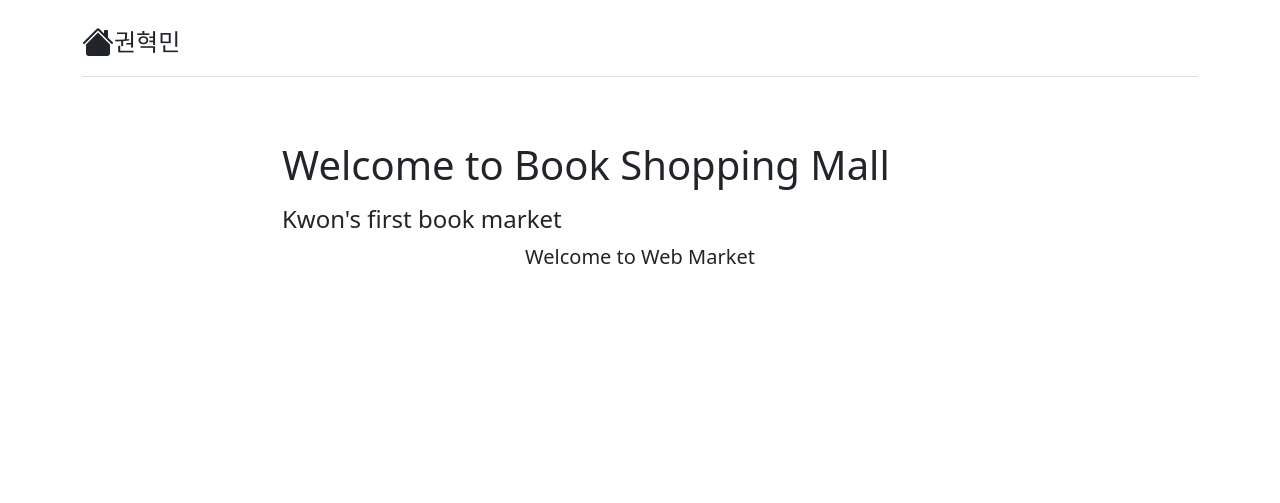
Repository: minn0701/JSP-Webbprogramming
Page: http://localhost/BookMarket/Welcome.jsp
The author's editor kept a copy of each file at every save. The page is drawn from the files as they stood at one save, then again after the next save.
The browser window is 1280 px wide. The pictures show the whole page.
The page is served by Tomcat 9.

Above is the page before, as saved 2024-03-20 13:21:59.

After the next save:
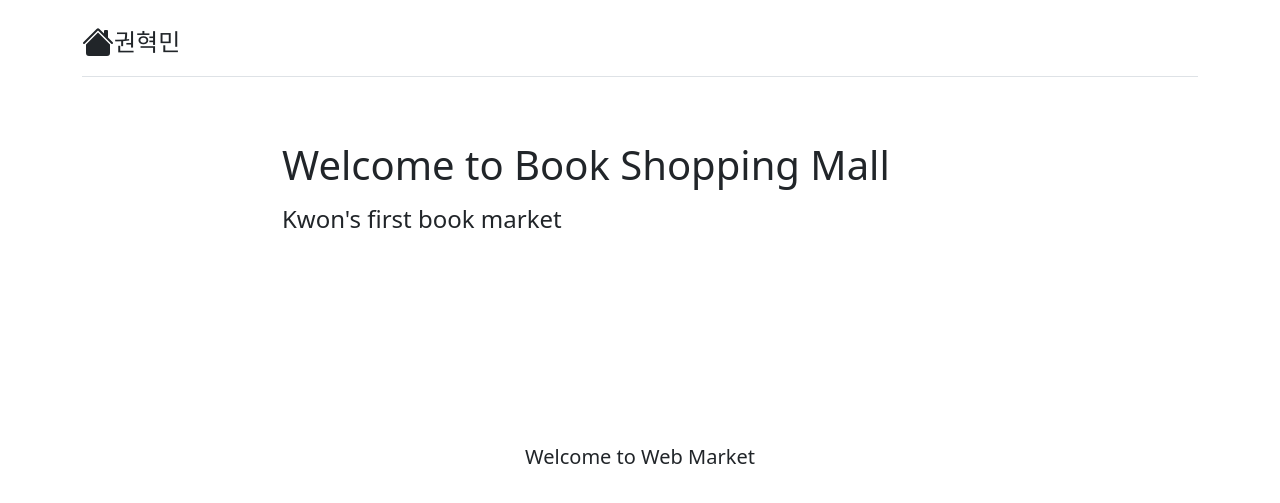
Saved 19 s later.
--- a/BookMarket/src/main/webapp/Welcome.jsp
+++ b/BookMarket/src/main/webapp/Welcome.jsp
@@ -41,7 +41,7 @@
 </div>
 
 <div style="
-    padding-top: 200p;
+    padding-top: 200px;
     font-size:20px;
 ">
 
